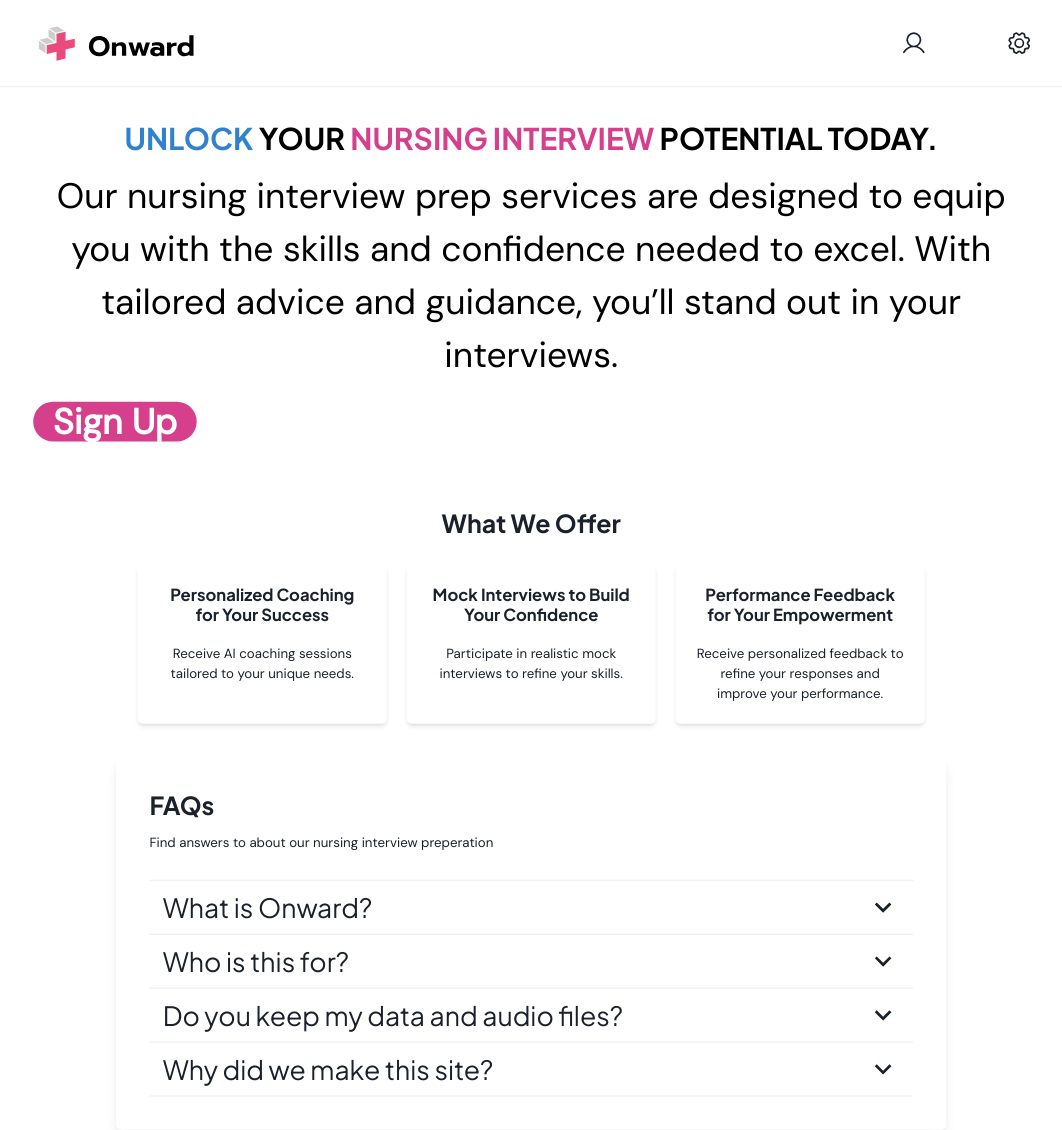
Repository: Aladdin3r/onward
Page: /landing-page
These files come from the project's save history. The page is drawn as it stood at one moment and after the next save; the edit follows.
The browser window is 1280 px wide. The pictures show the whole page, at 83% of full size.
The project was rebuilt for these pictures with package versions that can differ from the ones it lists, and the page was loaded fresh each time. The framework's server and built-in components were replaced by stand-ins that run in the browser. Also part of the build but not shown: next.config.mjs, styles/components/Layout.js.

Above is the page before, as saved 2024-10-29 01:35:52.

After the next save:
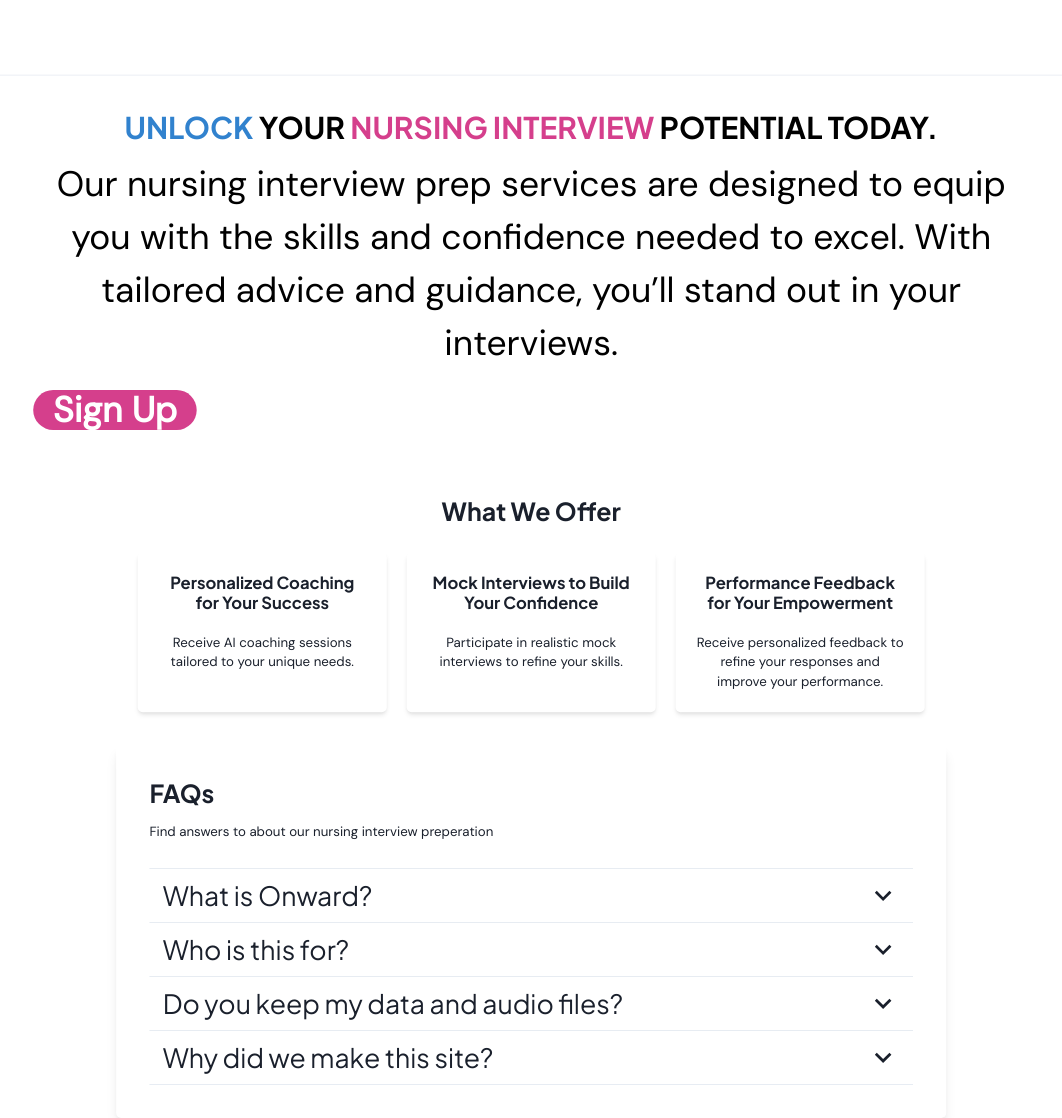
Saved 7 s later.
--- a/pages/landing-page.js
+++ b/pages/landing-page.js
@@ -27,7 +27,7 @@
     return (
       <>
         {/* Hero Section */}
-        <TopNav/>
+        <AppTopNav/>
         <Box  color="black" p={10} textAlign="center">
           <Heading fontFamily="heading" fontSize="4xl" fontWeight="bold" mb={4}>
             <Text as="span" color="blue.500">UNLOCK </Text>

After the save that followed:
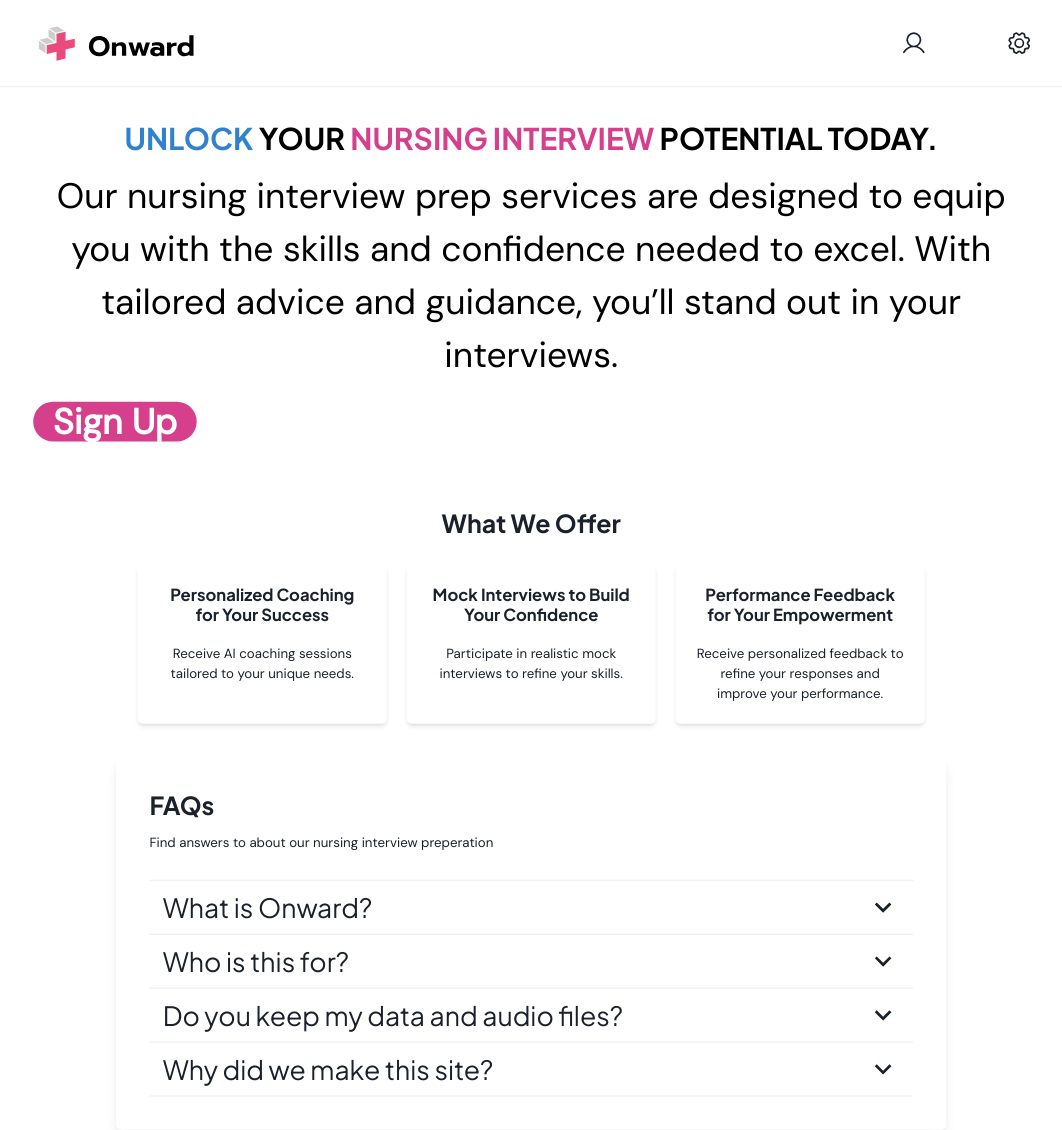
Saved 26 s later.
--- a/pages/landing-page.js
+++ b/pages/landing-page.js
@@ -27,7 +27,7 @@
     return (
       <>
         {/* Hero Section */}
-        <AppTopNav/>
+        <TopNav/>
         <Box  color="black" p={10} textAlign="center">
           <Heading fontFamily="heading" fontSize="4xl" fontWeight="bold" mb={4}>
             <Text as="span" color="blue.500">UNLOCK </Text>
